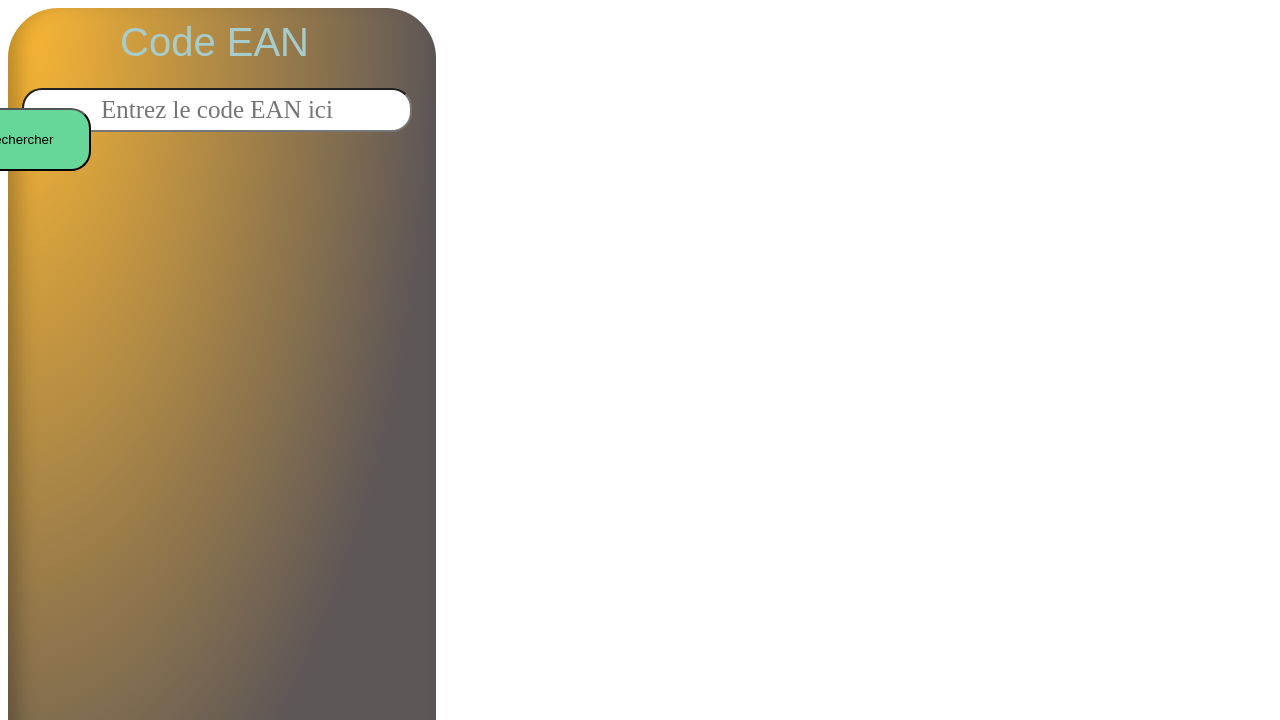
Repository: Zouz01/exo-toucan
Page: index.html
The author's editor kept a copy of each file at every save. The page is drawn from the files as they stood at one save, then again after the next save.
The browser window is 1280 px wide. The pictures show the whole page.

Above is the page before, as saved 2023-09-21 11:44:19.

After the next save:
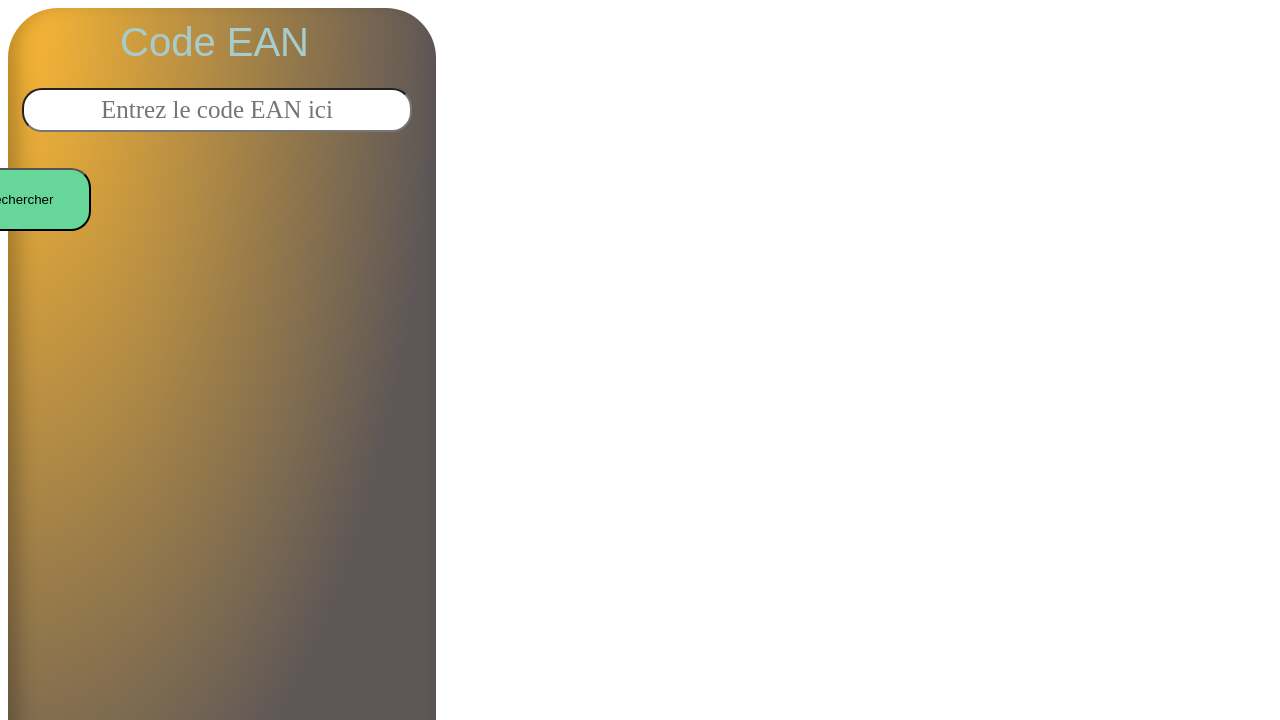
Saved 7 s later.
--- a/main.css
+++ b/main.css
@@ -81,7 +81,7 @@ button[type="submit"] {
     width: 144px;
     height: 63px;
   background-color: #67d699;
-    top: 100px;
+    top: 160px;
     border-radius: 20px;
     right: 345px;
 
